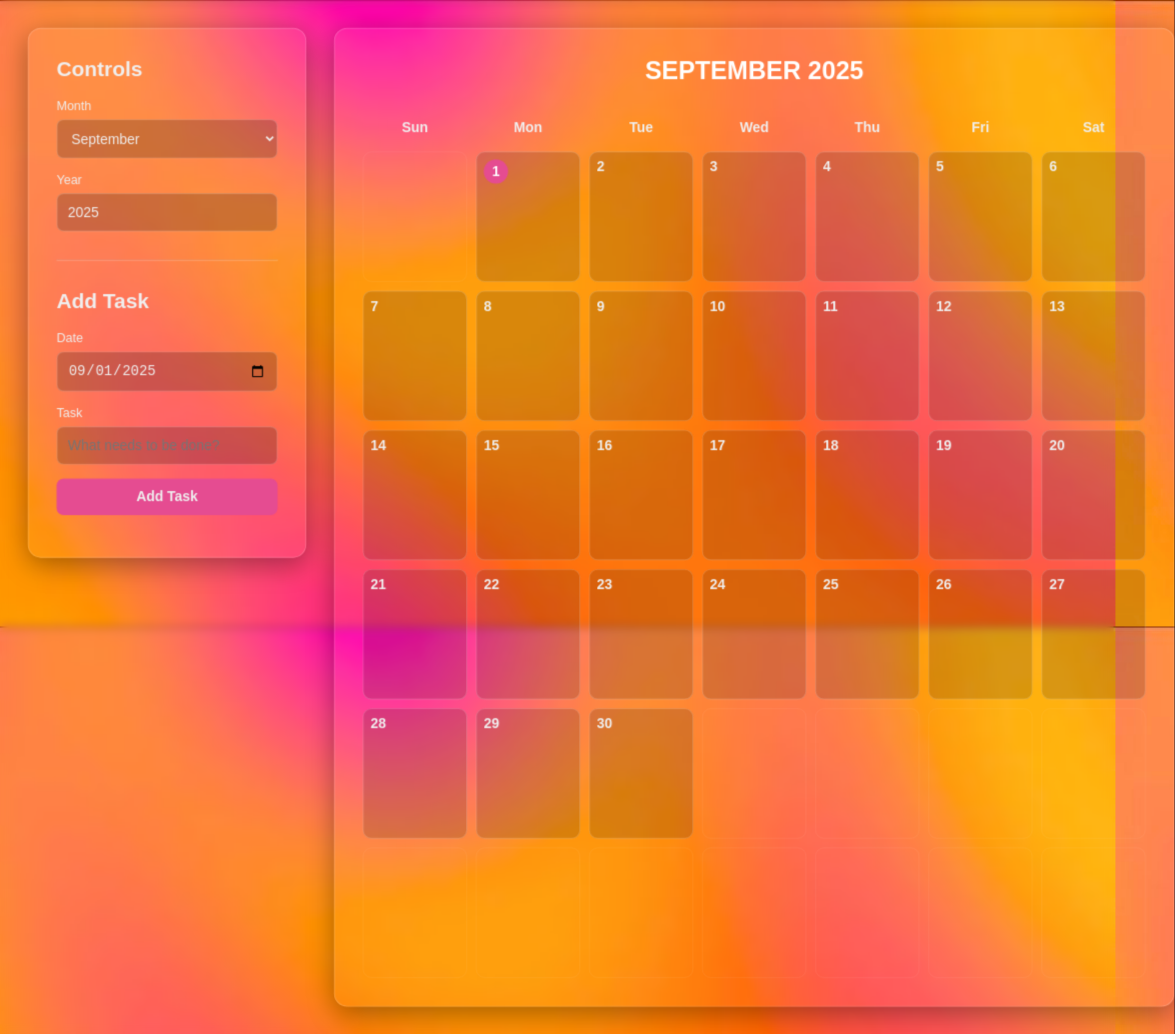
Repository: TanujaNair03/ToDo
Page: static/index.html
The author's editor kept a copy of each file at every save. The page is drawn from the files as they stood at one save, then again after the next save.
The browser window is 1280 px wide. The page is 1350 px wide, so the pictures cover 1350 px, including what lies to the right of the window. The pictures show the whole page, at 87% of full size.
The page's requests for data from a server got no answer. Backgrounds fixed to the window are drawn as part of the page.

Above is the page before, as saved 2025-09-01 16:15:57.

### static/index.html
<!DOCTYPE html>
<html lang="en">
<head>
    <meta charset="UTF-8">
    <meta name="viewport" content="width=device-width, initial-scale=1.0">
    <title>Aesthetic Calendar</title>
    <style>
        :root {
            --glass-bg: rgba(255, 255, 255, 0.05);
            --glass-border: rgba(255, 255, 255, 0.2);
            --text-color: #f0f0f0;
            --accent-primary: #e54c91; /* Pink */
            --accent-secondary: #ffc800; /* Yellow */
        }
        * {
            box-sizing: border-box;
        }

        body {
            font-family: 'Poppins', sans-serif;
            color: var(--text-color);
            margin: 0;
            padding: 2rem;
            min-height: 100vh;
            background-color: #1a1a2e; /* Fallback color */
            background-image: url('./static/aura.jpg'); /* Path to your image */
            background-repeat: no-repeat;
            background-attachment: fixed;
            background-size: cover;
            background-position: center;
            backdrop-filter: blur(5px);
            -webkit-backdrop-filter: blur(10px);
        }

        #app {
            display: flex;
            gap: 2rem;
            width: 100%;
            max-width: 1300px;
            margin: 0 auto;
            align-items: flex-start;
        }

        .glass-pane {
            background: var(--glass-bg);
            backdrop-filter: blur(20px);
            -webkit-backdrop-filter: blur(20px);
            border: 1px solid var(--glass-border);
            box-shadow: 0 8px 32px 0 rgba(0, 0, 0, 0.37);
            border-radius: 15px;
            padding: 2rem;
        }

        .sidebar {
            width: 320px;
            height: fit-content;
            flex-shrink: 0;
        }
        .sidebar h2 { margin-top: 0; color: var(--text-color); }
        .form-group { margin-bottom: 1rem; }
        .form-group label { display: block; margin-bottom: 0.5rem; font-size: 0.9rem; }
        .form-group input, .form-group select, .form-group button {
            width: 100%; padding: 0.75rem; border: 1px solid var(--glass-border);
            border-radius: 8px; background: rgba(0,0,0,0.2);
            color: var(--text-color); font-size: 1rem;
        }
        .form-group button {
            background: var(--accent-primary); cursor: pointer; font-weight: bold;
            transition: background 0.2s ease; border: none;
        }
        .form-group button:hover { background: var(--accent-secondary); color: #1a1a2e; }

        .calendar-container {
            flex-grow: 1;
        }
        .calendar-header { display: flex; justify-content: center; align-items: center; }
        .calendar-header h1 {
            font-size: 1.8rem;
            font-weight: bold;
            color: #ffffff;
            margin: 0;
            text-transform: uppercase;
        }
        .calendar-grid {
            display: grid;
            grid-template-columns: repeat(7, 1fr);
            gap: 10px;
            width: 100%;
            margin-top: 2rem;
            position: relative;
        }
        .day-header { text-align: center; font-weight: bold; color: var(--text-color); padding: 0.5rem 0; }

        .day-cell {
            height: 150px;
            width: 120px;
            overflow: hidden;
            padding: 8px;
            background: rgba(0, 0, 0, 0.15);
            border: 1px solid var(--glass-border);
            border-radius: 10px;
            transition: transform 0.3s ease, background 0.3s ease, height 0.3s ease;
            cursor: pointer;
            /* --- FIX 1 --- */
            /* Flexbox properties removed from here */
        }

        /* --- FIX 1 (CONTINUED) --- */
        /* This new rule targets the direct div inside .day-cell and makes IT the flex container. */
        /* This is necessary because of the v-if="day.date" wrapper div. */
        .day-cell > div {
            display: flex;
            flex-direction: column;
            height: 100%;
        }

        .day-cell:hover {
            transform: translateY(-5px);
            background: rgba(255, 255, 255, 0.1);
        }

        .day-cell.expanded {
            height: auto;
            min-height: 200px;
            max-height: 400px;
            background: rgba(40, 40, 60, 0.7);
            transform: scale(1.05);
            z-index: 10;
            box-shadow: 0 12px 40px rgba(0, 0, 0, 0.5);
            /* --- FIX 2 --- */
            /* Changed from 'visible' to 'hidden'. This forces the container to respect its */
            /* max-height and allows the child element's scrollbar to activate. */
            overflow: hidden;
        }

        .day-cell.other-month {
            background: transparent;
            opacity: 0.4;
            cursor: default;
        }
        .day-number { font-weight: bold; margin-bottom: 8px; }
        .day-number.today {
            background-color: var(--accent-primary); color: white;
            border-radius: 50%; width: 28px; height: 28px;
            display: flex; align-items: center; justify-content: center;
        }
        .task-list {
            list-style: none;
            padding: 0;
            font-size: 0.85rem;
            overflow-y: auto;
            flex-grow: 1;
        }
        .task-item { display: flex; align-items: center; margin-bottom: 4px; gap: 6px; }
        .task-item input[type="checkbox"] { flex-shrink: 0; }
        .task-item span.done { text-decoration: line-through; opacity: 0.6; }

        .task-item span {
            flex-grow: 1;
            overflow-wrap: break-word;
            word-break: normal;
        }
        .edit-input { width: 100%; background: #444; color: white; border: 1px solid var(--accent-primary); border-radius: 4px; padding: 2px; }
        .task-actions { cursor: pointer; margin-left: auto; display: flex; gap: 5px; }

        .more-tasks-indicator {
            font-size: 0.75rem;
            color: var(--accent-secondary);
            text-align: center;
            margin-top: auto;
            padding-top: 10px;
            font-style: italic;
        }
    </style>
</head>
<body>

<div id="app">
    <div class="sidebar glass-pane">
        <h2>Controls</h2>
        <div class="form-group">
            <label for="month">Month</label>
            <select id="month" v-model="selectedMonth">
                <option v-for="(month, index) in months" :value="index + 1">{{ month }}</option>
            </select>
        </div>
        <div class="form-group">
            <label for="year">Year</label>
            <input type="number" id="year" v-model="selectedYear">
        </div>
        <hr style="border-color: rgba(255,255,255,0.2); margin: 2rem 0;">
        <h2>Add Task</h2>
        <form @submit.prevent="addTask">
            <div class="form-group">
                <label for="taskDate">Date</label>
                <input type="date" id="taskDate" v-model="newTask.date" required>
            </div>
            <div class="form-group">
                <label for="taskDesc">Task</label>
                <input type="text" id="taskDesc" v-model="newTask.task" placeholder="What needs to be done?" required>
            </div>
            <div class="form-group">
                <button type="submit">Add Task</button>
            </div>
        </form>
    </div>
    <div class="calendar-container glass-pane">
        <div class="calendar-header">
            <h1>{{ monthName }} {{ selectedYear }}</h1>
        </div>
        <div class="calendar-grid">
            <div class="day-header" v-for="day in dayNames">{{ day }}</div>
            <div v-for="day in calendarDays"
                 class="day-cell"
                 :class="{'other-month': !day.isCurrentMonth, 'expanded': day.dateStr === expandedDateStr}"
                 @click="toggleExpandDay(day.dateStr)">
                <div v-if="day.date">
                    <div class="day-number" :class="{'today': day.isToday}">{{ day.date.getDate() }}</div>
                    <ul class="task-list" @click.stop>
                        <li v-for="(task, index) in day.tasks" class="task-item">
                            <template v-if="editingDate === day.dateStr && editingIndex === index">
                                <input type="text" v-model="editingText" @keyup.enter="saveEdit" @keyup.esc="cancelEditing" class="edit-input" v-focus>
                                <div class="task-actions">
                                    <span @click="saveEdit">✔️</span>
                                    <span @click="cancelEditing">❌</span>
                                </div>
                            </template>
                            <template v-else>
                                <input type="checkbox" :checked="task.done" @change="updateTaskStatus(day.dateStr, index, $event.target.checked)">
                                <span :class="{'done': task.done}">{{ task.task }}</span>
                                <div class="task-actions">
                                    <span @click="startEditing(day.dateStr, index, task.task)">✏️</span>
                                    <span @click="deleteTask(day.dateStr, index)">🗑️</span>
                                </div>
                            </template>
                        </li>
                    </ul>
                    <div v-if="day.tasks.length > 2 && day.dateStr !== expandedDateStr" class="more-tasks-indicator">
                        + {{ day.tasks.length - 2 }} more
                    </div>
                </div>
            </div>
        </div>
    </div>
</div>
<script src="https://unpkg.com/vue@3/dist/vue.global.js"></script>
<script>
    const { createApp, ref, computed, onMounted } = Vue;
    const focusDirective = { mounted(el) { el.focus(); } };
    createApp({
        directives: { focus: focusDirective },
        setup() {
            const today = new Date();
            const selectedMonth = ref(today.getMonth() + 1);
            const selectedYear = ref(today.getFullYear());
            const tasks = ref({});
            const newTask = ref({ date: today.toISOString().split('T')[0], task: '' });
            const editingDate = ref(null);
            const editingIndex = ref(null);
            const editingText = ref('');
            const months = ["January", "February", "March", "April", "May", "June", "July", "August", "September", "October", "November", "December"];
            const dayNames = ["Sun", "Mon", "Tue", "Wed", "Thu", "Fri", "Sat"];
            const API_URL = 'http://127.0.0.1:5000/api';
            const expandedDateStr = ref(null);
            const monthName = computed(() => months[selectedMonth.value - 1]);
            const calendarDays = computed(() => {
                const year = selectedYear.value;
                const month = selectedMonth.value - 1;
                const firstDayOfMonth = new Date(year, month, 1).getDay();
                const daysInMonth = new Date(year, month + 1, 0).getDate();
                const daysArray = [];
                let dayCounter = 1;
                for (let i = 0; i < 42; i++) {
                    if (i >= firstDayOfMonth && dayCounter <= daysInMonth) {
                        const dateObj = new Date(year, month, dayCounter);
                        const y = dateObj.getFullYear();
                        const m = String(dateObj.getMonth() + 1).padStart(2, '0');
                        const d = String(dateObj.getDate()).padStart(2, '0');
                        const dateStr = `${y}-${m}-${d}`;
                        daysArray.push({
                            date: dateObj,
                            dateStr: dateStr,
                            isCurrentMonth: true,
                            isToday: dateStr === today.toISOString().split('T')[0],
                            tasks: tasks.value[dateStr] || []
                        });
                        dayCounter++;
                    } else {
                        daysArray.push({ date: null, isCurrentMonth: false, tasks: [] });
                    }
                }
                return daysArray;
            });
            const toggleExpandDay = (dateStr) => {
                if (!dateStr) return;
                if (expandedDateStr.value === dateStr) {
                    expandedDateStr.value = null;
                } else {
                    expandedDateStr.value = dateStr;
                }
            };
            const fetchTasks = async () => {
                const response = await fetch(`${API_URL}/tasks`);
                tasks.value = await response.json();
            };
            const addTask = async () => {
                await fetch(`${API_URL}/tasks`, {
                    method: 'POST',
                    headers: { 'Content-Type': 'application/json' },
                    body: JSON.stringify(newTask.value)
                });
                newTask.value.task = '';
                fetchTasks();
            };
            const updateTaskStatus = async (dateStr, taskIndex, isDone) => {
                await fetch(`${API_URL}/tasks/update`, {
                    method: 'PUT',
                    headers: { 'Content-Type': 'application/json' },
                    body: JSON.stringify({ date: dateStr, taskIndex: taskIndex, done: isDone })
                });
                fetchTasks();
            };
            const startEditing = (dateStr, index, currentText) => {
                editingDate.value = dateStr;
                editingIndex.value = index;
                editingText.value = currentText;
            };
            const cancelEditing = () => {
                editingDate.value = null;
                editingIndex.value = null;
                editingText.value = '';
            };
            const saveEdit = async () => {
                if (!editingText.value.trim()) return;
                await fetch(`${API_URL}/tasks/edit`, {
                    method: 'PUT',
                    headers: { 'Content-Type': 'application/json' },
                    body: JSON.stringify({
                        date: editingDate.value,
                        taskIndex: editingIndex.value,
                        newTaskText: editingText.value
                    })
                });
                cancelEditing();
                fetchTasks();
            };
            const deleteTask = async (dateStr, taskIndex) => {
                if (window.confirm("Are you sure you want to delete this task?")) {
                    await fetch(`${API_URL}/tasks/${dateStr}/${taskIndex}`, { method: 'DELETE' });
                    fetchTasks();
                }
            };
            onMounted(fetchTasks);
            return {
                selectedMonth,
                selectedYear,
                months,
                dayNames,
                monthName,
                calendarDays,
                newTask,
                addTask,
                updateTaskStatus,
                editingDate,
                editingIndex,
                editingText,
                startEditing,
                cancelEditing,
                saveEdit,
                deleteTask,
                expandedDateStr,
                toggleExpandDay,
            };
        }
    }).mount('#app');
</script>
</body>
</html>

After the next save:
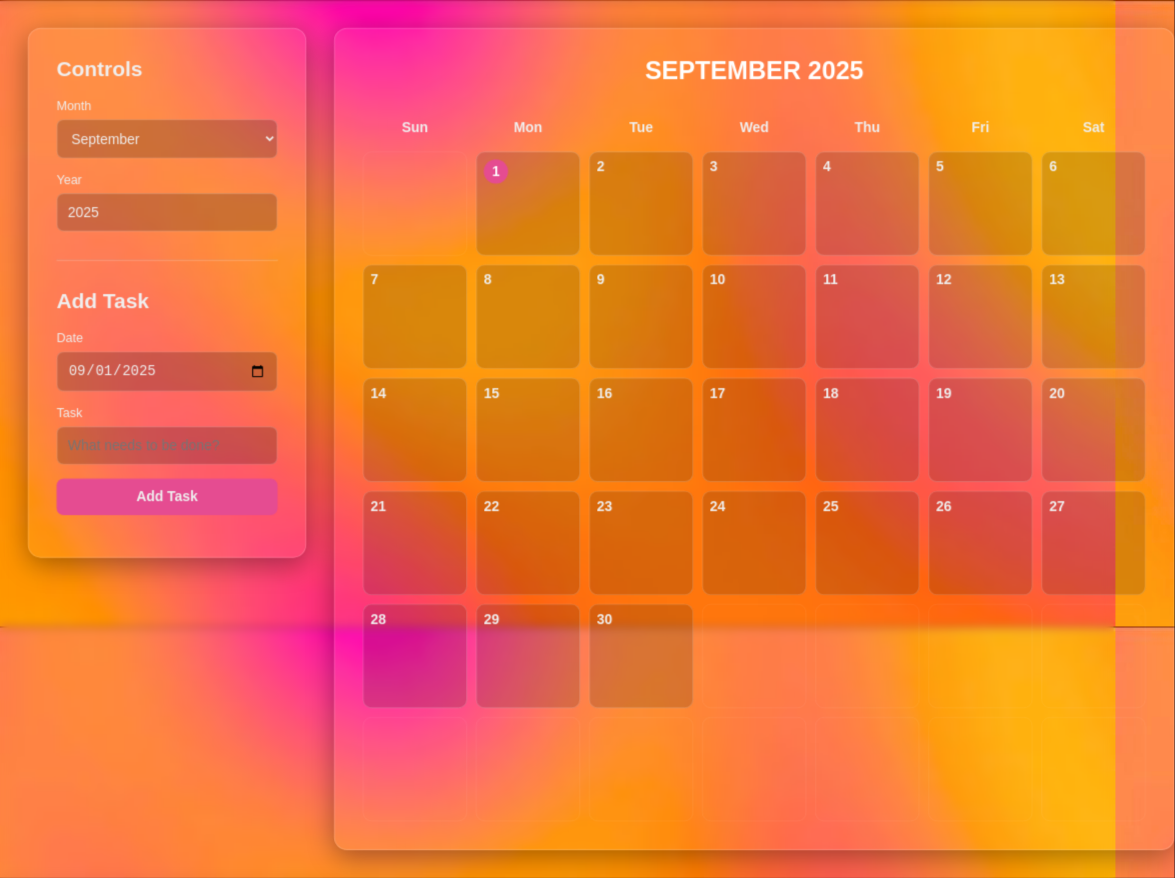
Saved 13 s later.
--- a/static/index.html
+++ b/static/index.html
@@ -92,7 +92,7 @@
         .day-header { text-align: center; font-weight: bold; color: var(--text-color); padding: 0.5rem 0; }
 
         .day-cell {
-            height: 150px;
+            height: 120px;
             width: 120px;
             overflow: hidden;
             padding: 8px;
